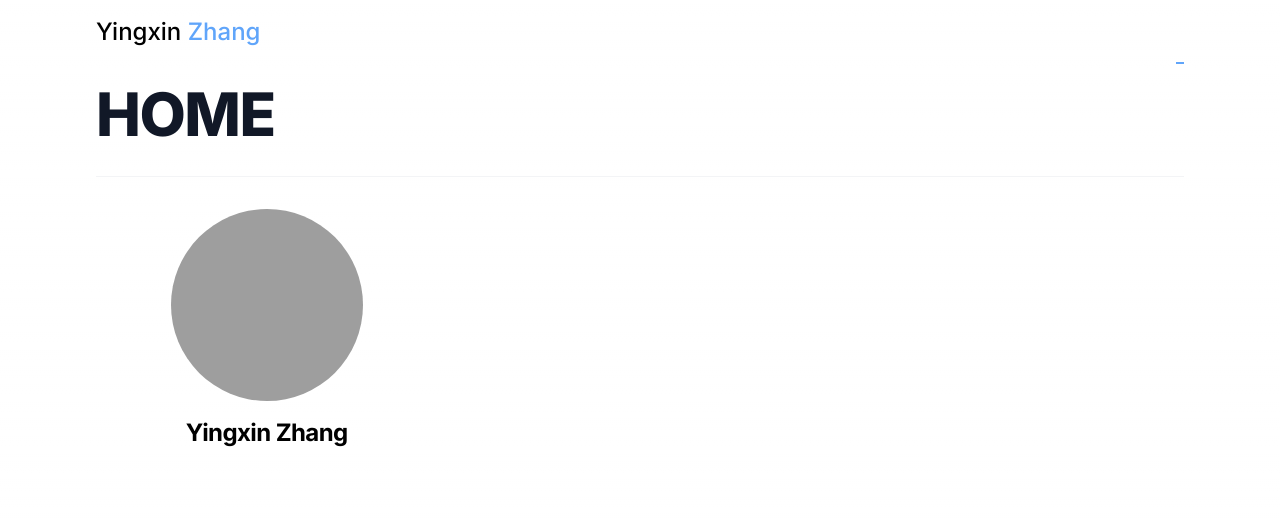
Repository: Tracy-maker/projects_collection
Page: /
These files come from the project's save history. The page is drawn as it stood at one moment and after a run of saves; the edit follows.
The browser window is 1280 px wide. The pictures show the whole page.
Pictures or frames that could not be fetched are drawn as grey boxes. The project was rebuilt for these pictures with package versions that can differ from the ones it lists, and the page was loaded fresh each time. The framework's server and built-in components were replaced by stand-ins that run in the browser. Also part of the build but not shown: next.config.js.

Above is the page before, as saved 2023-09-14 17:22:37.

### app/layout.tsx
import "./globals.css";
import type { Metadata } from "next";
import { Inter } from "next/font/google";
import Navbar from "./components/NavBar";

const inter = Inter({ subsets: ["latin"] });

export const metadata: Metadata = {
  title: "Create Next App",
  description: "Generated by create next app",
};

export default function RootLayout({
  children,
}: {
  children: React.ReactNode;
}) {
  return (
    <html lang="en">
      <body
        className={`${inter.className} bg-white text-black dark:bg-[#090908] dark:text-white h-full selection:bg-gray-500 dark:selection:bg-gray-800`}
      >
        <Navbar />
        <main className="max-w-6xl mx-auto px-6 sm:px-8 lg:px-8">
          {children}
        </main>
      </body>
    </html>
  );
}

### app/page.tsx
import Image from "next/image";
import myImage from "../utils/1.JPG";

export default function Home() {
  return (
    <div className="divide-y divide-gray-100 dark:divide-gray-700">
      <div className="space-y-2 pt-5 pb-8 md:space-x-5">
        <h1 className="text-3xl font-extrabold leading-9 tracking-tight text-gray-900 dark:text-gray-100 sm:text-4xl sm:leading-10 md:text-6xl md:leading-13">
          HOME
        </h1>
      </div>
      <div className="items-center space-y-2 xl:grid xl:grid-cols-3 xl:gap-x-8 xl:space-y-0">
        <div className="flex flex-col items-center pt-8">
          <Image
            alt="picture of my"
            src={myImage}
            width={1260}
            height={750}
            className="h-48 w-48 rounded-full object-cover object-top"
          />
          <h3 className="pt-4 pb-2 text-2xl font-bold leading-8 tracking-tight">
            Yingxin Zhang
          </h3>

        </div>
      </div>
    </div>
  );
}

### app/components/NavBar.tsx
"use client";

import Link from "next/link";
import { usePathname } from "next/navigation";

export default function Navbar() {
  let pathname = usePathname() || "/";
  return (
    <div className="max-w-6xl mx-auto px-4 sm:px-6 lg:px-8">
      <div className="flex justify-between h-16">
        <div className="flex justify-between w-full">
          <div className="flex items-center">
            <Link href="/">
              <h1 className="text-2xl font-medium">
                Yingxin <span className="text-blue-400">Zhang</span>
              </h1>
            </Link>
          </div>

          <div className="hidden sm:ml-6 sm:flex sm:space-x-8 sm:items-center">
            <Link
              href="/"
              prefetch
              className={`${
                pathname === "/"
                  ? "border-blue-400 dark:text-white h-full inline-flex items-center px-1 pt-1 border-b-2 text-sm font-medium"
                  : "border-transparent text-gray-500 dark:text-gray-300 dark:hover:text-white inline-flex items-center px-1 pt-1 border-b-2 text-sm font-medium"
              }`}
            ></Link>
          </div>
        </div>
      </div>
    </div>
  );
}

Loaded but not shown: app/globals.css (common file); tailwind.config.ts (common file)

After the next 2 saves:
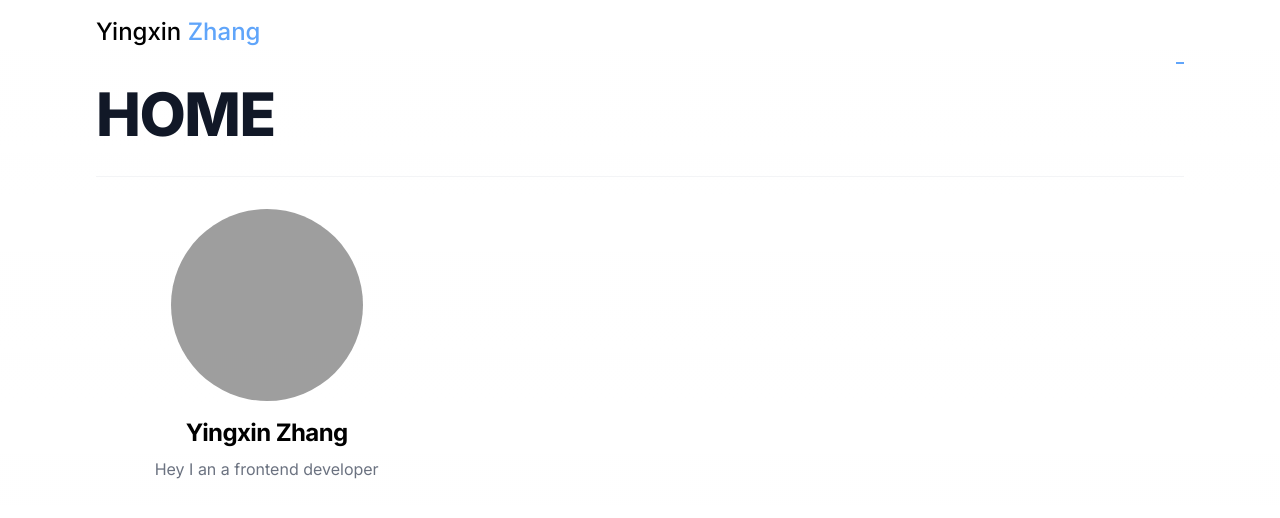
The 2 saves are shown as one change because they came seconds apart.
The last was saved 35 min 40 s later.
--- a/app/page.tsx
+++ b/app/page.tsx
@@ -21,7 +21,12 @@ export default function Home() {
           <h3 className="pt-4 pb-2 text-2xl font-bold leading-8 tracking-tight">
             Yingxin Zhang
           </h3>
-
+          <p className="text-gray-500 dark:text-gray-300 text-center">
+            Hey I an a frontend developer
+          </p>
+          <div className="flex space-x-5 pt-6">
+            <a href="" target="_blank"></a>
+          </div>
         </div>
       </div>
     </div>
